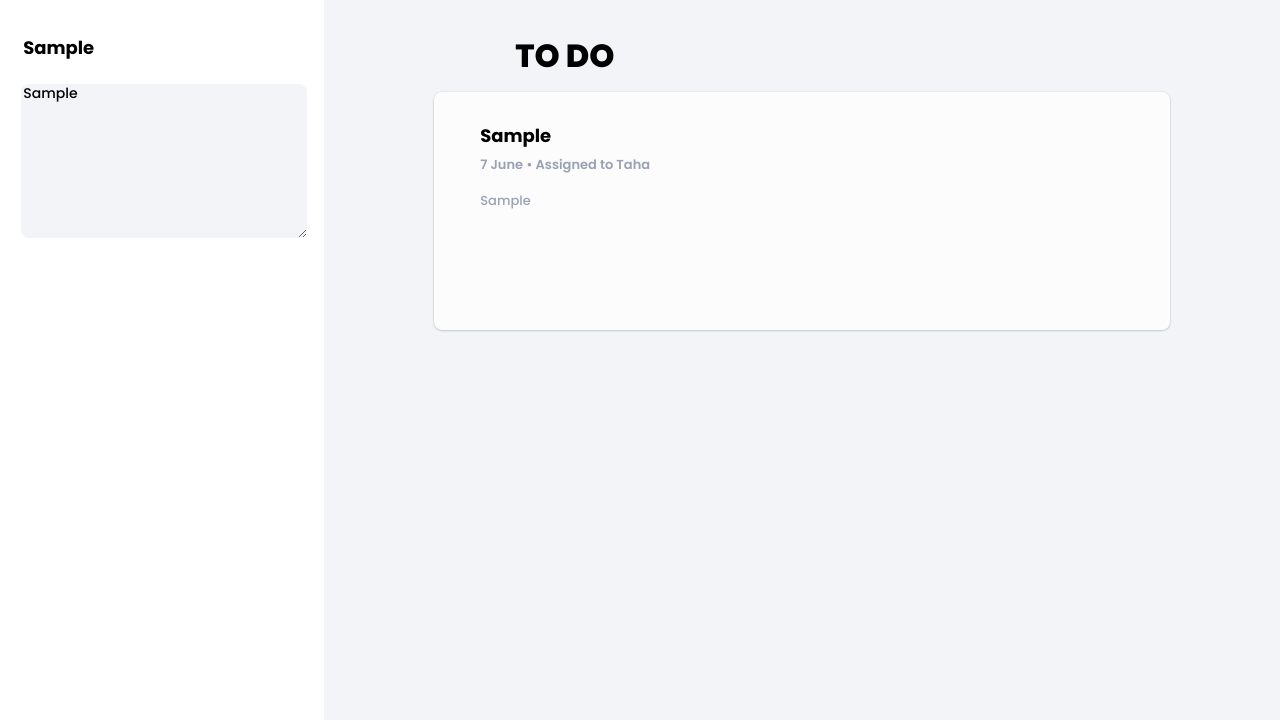
Repository: ReyhanehRahmani/TO-DO
Page: index.html
The author's editor kept a copy of each file at every save. The page is drawn from the files as they stood at one save, then again after the next save.
The browser window is 1280 px wide. The pictures show the whole page.
Empty fields were first filled with sample values (such as "Sample", 5 or name@example.com).
After loading, the first visible `#creatbut` was clicked once.
Some web fonts or font styles are not loaded; a fallback is used.

Above is the page before, as saved 2025-06-08 13:05:14.

### index.html
<!DOCTYPE html>

<html lang="en">

    <head>

        <meta name="viewport" content="width=device-width, initial-scale=1.0" />

        <title>TO-DO</title>

        <link rel="icon" type="image/jpg" href="favicon.png">

        <link rel="stylesheet" href="style.css">

        <link rel="preconnect" href="https://fonts.googleapis.com">

        <link rel="preconnect" href="https://fonts.gstatic.com" crossorigin>

        <link href="https://fonts.googleapis.com/css2?family=Poppins:ital,wght@0,100;0,200;0,300;0,400;0,500;0,600;0,700;0,800;0,900;1,100;1,200;1,300;1,400;1,500;1,600;1,700;1,800;1,900&family=Sofia+Sans:ital,wght@0,1..1000;1,1..1000&display=swap" rel="stylesheet">

    </head>
    <body>
        <div id="side">

            <div id="main-card">
            <div id="content">
                <div >
                <div id="title">
                    <input type="text" id="titlebox" minlength="3" maxlength="30" placeholder="Title">
                </div>
                <div id="description">
                    <textarea type="text" id="descriptionbox" maxlength="200" placeholder="Description"></textarea>
                </div>
                </div>

                <div id="buttons">
                    <div id="clear"><button id="clearbut">Clear All</button></div>
                    <div id="creat"><button id="creatbut">Creat Card</button></div>
                </div>
            </div>

            </div>

            <div id="cardsContainer"></div>
        </div>

        <script src="script.js"></script>
    </body>

### style.css
@media screen and (max-width: 1279px){

body{
    background-color: #F2F4F7;
}



#main-card{
    margin-left: 6%;
    margin-right: 6%;
    margin-top: 6%;
    background-color: #FFFFFF;
}

#content{
    margin-right: 6.557377049%;
    margin-left: 6.557377049%;
    margin-top: 6.557377049%;
    margin-bottom: 6.557377049%;
}

#titlebox{
    font-family: 'Poppins';
    font-weight: 700;
    font-size: 18px;
    line-height: 150%;
    letter-spacing: -2%;
    border: none;
    width: 100%;
    height: 51px;
}

#descriptionbox{
    border: none;
    width: 100%;
    font-family: 'Poppins';
    font-weight: 500;
    font-size: 14px;
    line-height: 100%;
    letter-spacing: -3%;
    height: 150px;
    border-radius: 8px;
    background: #F2F4F7;

    margin-top: 10px;

}

#content{
    display: flex;
    flex-direction: column;
    justify-content: space-between;
    gap: 516px;
}

#buttons{
    display: flex;
    justify-content: space-between;
    gap: 12px;
    margin-bottom: 25px;
}

#clear{
    text-align: center;
    justify-content: center;
}

#clearbut{
    height: 44px;
    border-radius: 8px;
    border-width: 1.4px;
    border-color: #FF1616;
    background-color: #FFFFFF;
    font-family: 'Poppins';
    font-weight: 700;
    font-size: 15px;
    line-height: 100%;
    letter-spacing: -3%;
    color: #FF1616;
    white-space: nowrap;
    width: 97px;

}

#creat{
    text-align: center;
    justify-content: center;
}

#creatbut{
    height: 44px;
    border-radius: 8px;
    background: #000000;
    font-family: 'Poppins';
    font-weight: 600;
    font-size: 15px;
    line-height: 100%;
    letter-spacing: -3%;
    color: #FFFFFF;
    width: 190px;

}

.cardsContainer{
    justify-content: center;
}


.card {
    width: 76.923076923%;
    height: 238px;
    border-radius: 8px;
    background: #FCFCFD;
    box-shadow: 0px 0.5px 2px 0px #1018284D;
    justify-self: center;
    position: relative;
    margin-bottom: 24px;
}


.cardTitle{
    font-family: 'Poppins';
    font-weight: 700;
    font-size: 18px;
    line-height: 150%;
    letter-spacing: -2%;
    margin-left: 6.25%;
    padding-top: 4.1%;


}

.cardDate{
    font-family: 'Poppins';
    font-weight: 600;
    font-size: 13px;
    line-height: 150%;
    letter-spacing: -2%;
    margin-left: 6.25%;
    color: #98A2B3;
    margin-top: 6px;

}

.cardDesc{
    font-family: 'Poppins';
    font-weight: 500;
    font-size: 13px;
    line-height: 150%;
    letter-spacing: -2%;
    color: #98A2B3;
    margin-left: 6.25%;
    margin-top: 16px;
}

#todoTitle{
    font-family: 'Poppins';
    font-weight: 800;
    font-size: 32px;
    line-height: 100%;
    letter-spacing: -0.75%;
    color: #000000;
    margin-left: 12%;
    margin-bottom: 20px;
    margin-top: 80px;

}}

@media screen and (min-width: 1280px){


body, html {
    height: 100%;
    margin: 0;
    overflow: hidden;
    background-color: #F2F4F7;

}


#content{
    margin-right: 6.557377049%;
    margin-left: 6.557377049%;
    margin-top: 6.557377049%;
    margin-bottom: 6.557377049%;
}

#titlebox{
    font-family: 'Poppins';
    font-weight: 700;
    font-size: 18px;
    line-height: 150%;
    letter-spacing: -2%;
    border: none;
    width: 100%;
    height: 51px;
}

#descriptionbox{
    border: none;
    width: 100%;
    font-family: 'Poppins';
    font-weight: 500;
    font-size: 14px;
    line-height: 100%;
    letter-spacing: -3%;
    height: 150px;
    border-radius: 8px;
    background: #F2F4F7;

    margin-top: 10px;

}

#main-card{
    background-color: #FFFFFF;
    width: 25.31120332%;
    margin: 0%;
        height: 100vh;


}

#side{
    display: flex;
    flex-direction: row;
}


#content{
    display: flex;
    flex-direction: column;
    justify-content: space-between;
    gap: 516px;
}

#buttons{
    display: flex;
    justify-content: space-between;
    gap: 12px;
    margin-bottom: 25px;
}

#clear{
    text-align: center;
    justify-content: center;
}

#clearbut{
    height: 44px;
    border-radius: 8px;
    border-width: 1.4px;
    border-color: #FF1616;
    background-color: #FFFFFF;
    font-family: 'Poppins';
    font-weight: 700;
    font-size: 15px;
    line-height: 100%;
    letter-spacing: -3%;
    color: #FF1616;
    white-space: nowrap;
    width: 97px;

}

#creat{
    text-align: center;
    justify-content: center;
}

#creatbut{
    height: 44px;
    border-radius: 8px;
    background: #000000;
    font-family: 'Poppins';
    font-weight: 600;
    font-size: 15px;
    line-height: 100%;
    letter-spacing: -3%;
    color: #FFFFFF;
    width: 190px;

}

#cardsContainer{
    overflow-y: auto;
    flex-grow: 1;


}


.card {
    width: 76.923076923%;
    height: 238px;
    border-radius: 8px;
    background: #FCFCFD;
    box-shadow: 0px 0.5px 2px 0px #1018284D;
    justify-self: center;
    position: relative;
    margin-bottom: 24px;
      overflow-y: scroll;
  flex-grow: 1;

}


.cardTitle{
    font-family: 'Poppins';
    font-weight: 700;
    font-size: 18px;
    line-height: 150%;
    letter-spacing: -2%;
    margin-left: 6.25%;
    padding-top: 4.1%;


}

.cardDate{
    font-family: 'Poppins';
    font-weight: 600;
    font-size: 13px;
    line-height: 150%;
    letter-spacing: -2%;
    margin-left: 6.25%;
    color: #98A2B3;
    margin-top: 6px;

}

.cardDesc{
    font-family: 'Poppins';
    font-weight: 500;
    font-size: 13px;
    line-height: 150%;
    letter-spacing: -2%;
    color: #98A2B3;
    margin-left: 6.25%;
    margin-top: 16px;
}

#todoTitle{
    font-family: 'Poppins';
    font-weight: 800;
    font-size: 32px;
    line-height: 100%;
    letter-spacing: -0.75%;
    color: #000000;
    margin-left: 20%;
    margin-bottom: 20px;
    margin-top: 40px;

}

}

### script.js
document.getElementById("creatbut").onclick = function () {

    const title = document.getElementById("titlebox").value.trim();
    const desc = document.getElementById("descriptionbox").value.trim();

    const card = document.createElement("div");
    card.classList.add("card");

    const cardItems =document.createElement("div");
    card.classList.add("cardItem");

    card.appendChild(cardItems);

    const titleElem = document.createElement("div");
    titleElem.classList.add("cardTitle");
    titleElem.textContent = title;

    const dateElem = document.createElement("div");
    dateElem.classList.add("cardDate");

    const now = new Date();
    const day = now.getDate();
    const monthNames = ["January", "February", "March", "April", "May", "June","July", "August", "September", "October", "November", "December"];

    const month = monthNames[now.getMonth()];

    const formattedDate = day + " " + month;

    dateElem.textContent = formattedDate + " • " + " Assigned to Taha ";

    const descElem = document.createElement("div");
    descElem.classList.add("cardDesc");
    descElem.textContent = desc;

    cardItems.appendChild(titleElem);
    cardItems.appendChild(dateElem);
    cardItems.appendChild(descElem);

    document.getElementById("cardsContainer").appendChild(card);

    const container = document.getElementById("cardsContainer");

    if (!document.getElementById("todoTitle")) {
    const todo = document.createElement("div");
    todo.id = "todoTitle";
    todo.textContent = "TO DO";
    todo.classList.add("todoHeader");

    container.insertBefore(todo, container.firstChild);}



    document.getElementById("clearbut").addEventListener("click", function () {
    document.getElementById("titlebox").value = "";
    document.getElementById("descriptionbox").value = "";});


};

After the next save:
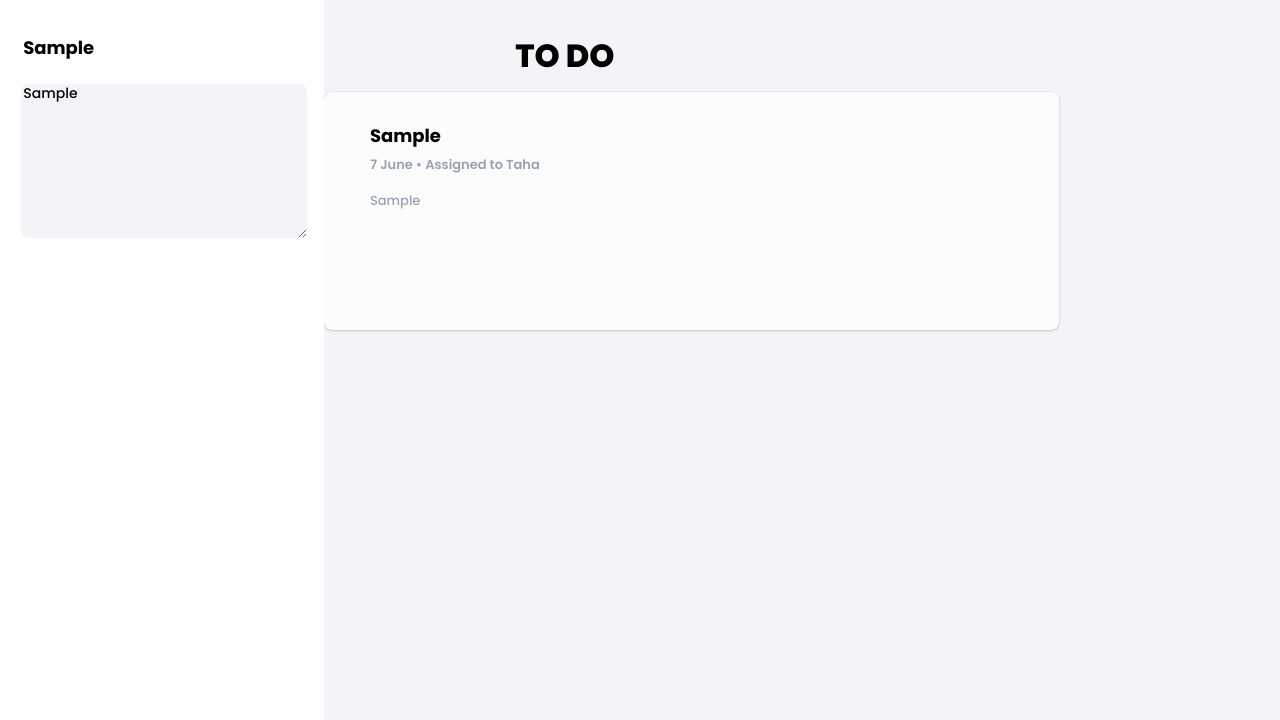
Saved 12 s later.
--- a/style.css
+++ b/style.css
@@ -297,7 +297,6 @@ body, html {
     border-radius: 8px;
     background: #FCFCFD;
     box-shadow: 0px 0.5px 2px 0px #1018284D;
-    justify-self: center;
     position: relative;
     margin-bottom: 24px;
       overflow-y: scroll;
